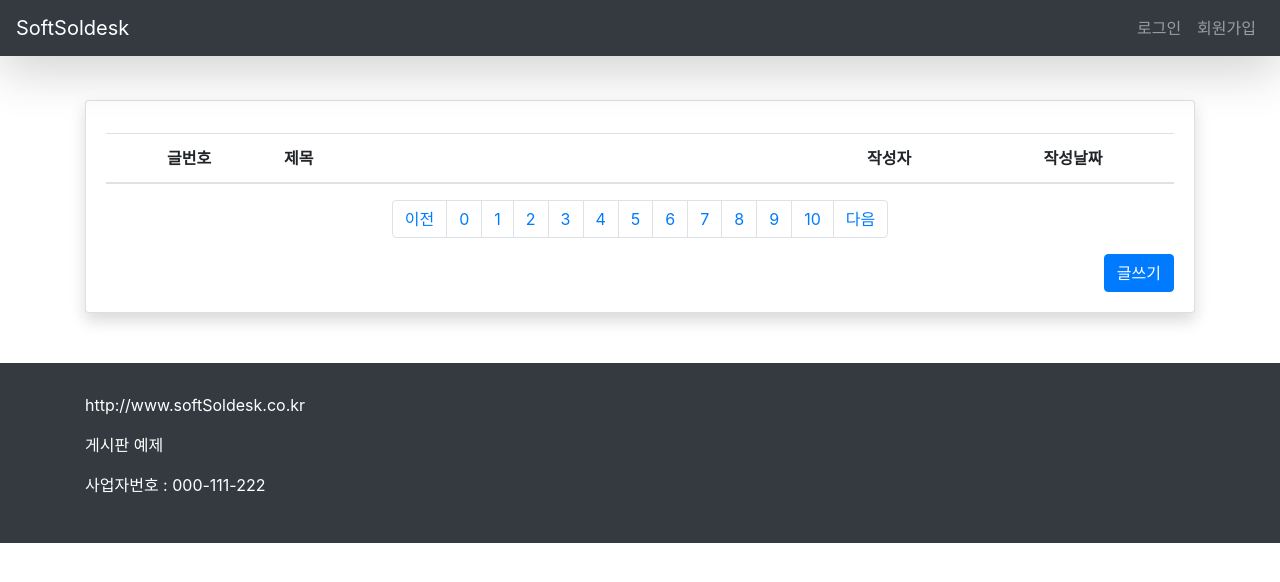
Repository: JunMinki/testGit
Page: http://localhost/BoardProject/WEB-INF/views/board/main.jsp
An editor plug-in stored every save of this project. The page is shown before and after a run of saves, followed by the edit.
The browser window is 1280 px wide. The pictures show the whole page.
The page is served by Tomcat 9. Nobody is signed in. Other server files are loaded and not shown. The template is opened directly, without the code that normally fills it, so the values that code supplies are empty.

Above is the page before, as saved 2024-08-05 04:05:15.

### BoardProject/src/main/webapp/WEB-INF/views/board/main.jsp
<%@ page language="java" contentType="text/html; charset=UTF-8"
	pageEncoding="UTF-8"%>
<%@ taglib prefix="c" uri="http://java.sun.com/jsp/jstl/core"%>

<!-- 절대경로로 수정하기 위한 코드 -->
<c:set var="root" value="${pageContext.request.contextPath }/" />
<!DOCTYPE html>
<html>
<head>
<meta charset="UTF-8">
<meta name="viewport" content="width=device-width, initial-scale=1">
<title>미니 프로젝트</title>
<!-- Bootstrap CDN -->
<link rel="stylesheet" href="https://maxcdn.bootstrapcdn.com/bootstrap/4.1.0/css/bootstrap.min.css">
<script src="https://ajax.googleapis.com/ajax/libs/jquery/3.3.1/jquery.min.js"></script>
<script src="https://cdnjs.cloudflare.com/ajax/libs/popper.js/1.14.0/umd/popper.min.js"></script>
<script src="https://maxcdn.bootstrapcdn.com/bootstrap/4.1.0/js/bootstrap.min.js"></script>
</head>
<body>
	<c:import url="/WEB-INF/views/include/top_menu.jsp" />
	<!-- 게시글 리스트 -->
	<div class="container" style="margin-top: 100px">
		<div class="card shadow">
			<div class="card-body">
				<h4 class="card-title">${board_info_name}</h4>
				<table class="table table-hover" id='board_list'>
					<thead>
						<tr>
							<th class="text-center d-none d-md-table-cell">글번호</th>
							<th class="w-50">제목</th>
							<th class="text-center d-none d-md-table-cell">작성자</th>
							<th class="text-center d-none d-md-table-cell">작성날짜</th>
						</tr>
					</thead>
					<tbody>
					<c:forEach var="obj" items="${contentList }">
						<tr>
							<td class="text-center d-none d-md-table-cell">${obj.content_idx }</td>
							<td><a href='${root }board/read?content_idx=${obj.content_idx}&board_info_idx=${board_info_idx}'>${obj.content_subject }</a></td>
							<td class="text-center d-none d-md-table-cell">${obj.content_writer_name }</td>
							<td class="text-center d-none d-md-table-cell">${obj.content_date }</td>
						</tr>
					</c:forEach>
					</tbody>
				</table>

				<div class="d-none d-md-block">
					<ul class="pagination justify-content-center">

						<c:choose>
							<c:when test="${pageBean.prevPage <= 0 }">
							<!-- 이전 페이지가 1 이하면 비활성화 -->
								<li class="page-item">
									<a href="#" class="page-link">이전</a>
								</li>
							</c:when>
							<c:otherwise>
								<li class="page-item">
									<a href="${root }board/main?board_info_idx=${board_info_idx}&page=${pageBean.prevPage}"
									class="page-link">이전</a>
								</li>
							</c:otherwise>
						</c:choose>

						<c:forEach var="idx" begin="${pageBean.min }" end="${pageBean.max }">
							<li class="page-item">
								<a href="${root }board/main?board_info_idx=${board_info_idx}&page=${idx}" class="page-link">${idx}</a>
							</li>
						</c:forEach>


						<li class="page-item"><a href="#" class="page-link">1</a></li>
						<li class="page-item"><a href="#" class="page-link">2</a></li>
						<li class="page-item"><a href="#" class="page-link">3</a></li>
						<li class="page-item"><a href="#" class="page-link">4</a></li>
						<li class="page-item"><a href="#" class="page-link">5</a></li>
						<li class="page-item"><a href="#" class="page-link">6</a></li>
						<li class="page-item"><a href="#" class="page-link">7</a></li>
						<li class="page-item"><a href="#" class="page-link">8</a></li>
						<li class="page-item"><a href="#" class="page-link">9</a></li>
						<li class="page-item"><a href="#" class="page-link">10</a></li>


						<li class="page-item"><a href="#" class="page-link">다음</a></li>


					</ul>
				</div>

				<div class="d-block d-md-none">
					<ul class="pagination justify-content-center">
						<li class="page-item">
							<a href="#" class="page-link">이전</a>
						</li>
						<li class="page-item">
							<a href="#" class="page-link">다음</a>
						</li>
					</ul>
				</div>

				<div class="text-right">
					<a href="${root }board/write?board_info_idx=${board_info_idx}" class="btn btn-primary">글쓰기</a>
				</div>
			</div>
		</div>
	</div>
	<c:import url="/WEB-INF/views/include/bottom_info.jsp" />
</body>
</html>

### BoardProject/src/main/webapp/WEB-INF/views/include/top_menu.jsp
<%@ page language="java" contentType="text/html; charset=UTF-8"
	pageEncoding="UTF-8"%>
<%@ taglib prefix="c" uri="http://java.sun.com/jsp/jstl/core"%>

<!-- 절대경로로 수정하기 위한 코드 -->
<c:set var="root" value="${pageContext.request.contextPath }/" />

<!-- 모든 jsp에서 끌어 다 쓸 곳 -->

<!-- 상단 메뉴 부분 -->
<nav
	class="navbar navbar-expand-md bg-dark navbar-dark fixed-top shadow-lg">
	<!-- 홈버튼 -->
	<a class="navbar-brand" href="${root }main">SoftSoldesk</a>

	<button class="navbar-toggler" type="button" data-toggle="collapse"
		data-target="#navMenu">
		<span class="navbar-toggler-icon"></span>
	</button>
	<div class="collapse navbar-collapse" id="navMenu">

		<!-- 게시글 링크 -->
		<ul class="navbar-nav">
			<c:forEach var="obj" items="${topMenuList}">
				<li class="nav-item">
					<!-- ${root }를 추가함으로써 절대경로가 추가되어서 중복되지않음 -->
					<a href="${root }board/main?board_info_idx=${obj.board_info_idx}" class="nav-link">${obj.board_info_name }</a>
				</li>
			</c:forEach>
		</ul>

		<ul class="navbar-nav ml-auto">
			<c:choose>
				<c:when test="${loginUserBean.userLogin == true }">
					<li class="nav-item">
						<a href="${root }user/modify" class="nav-link">정보수정</a>
					</li>
					<li class="nav-item">
						<a href="${root }user/logout" class="nav-link">로그아웃</a>
					</li>
				</c:when>

				<c:otherwise>
					<li class="nav-item">
						<a href="${root }user/login" class="nav-link">로그인</a>
					</li>
					<li class="nav-item">
						<a href="${root }user/join" class="nav-link">회원가입</a>
					</li>
				</c:otherwise>
			</c:choose>
		</ul>
	</div>
</nav>

### BoardProject/src/main/webapp/WEB-INF/views/include/bottom_info.jsp
<%@ page language="java" contentType="text/html; charset=UTF-8"
	pageEncoding="UTF-8"%>
<!-- 모든 페이지에서 사용할 하단 -->


<div class="container-fluid bg-dark text-white"
	style="margin-top: 50px; padding-top: 30px; padding-bottom: 30px">
	<div class="container">
		<p>http://www.softSoldesk.co.kr</p>
		<p>게시판 예제</p>
		<p>사업자번호 : 000-111-222</p>
	</div>
</div>

After the next 3 saves:
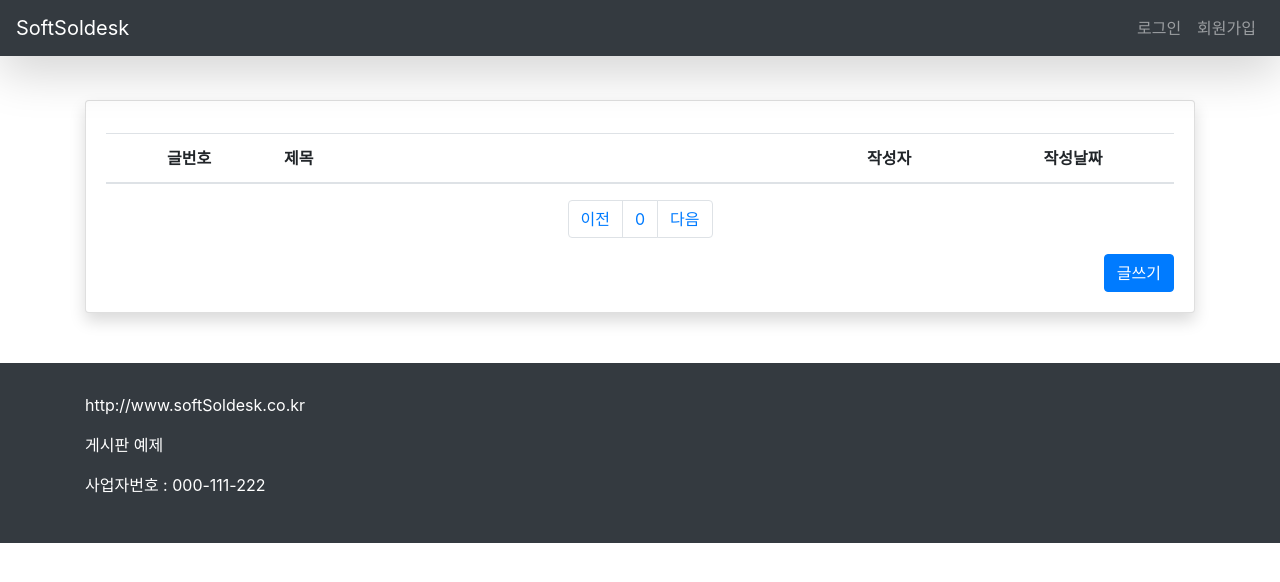
The 3 saves are shown as one change because they came seconds apart.
The last was saved 10 s later.
--- a/BoardProject/src/main/webapp/WEB-INF/views/board/main.jsp
+++ b/BoardProject/src/main/webapp/WEB-INF/views/board/main.jsp
@@ -68,19 +68,6 @@
 							</li>
 						</c:forEach>
 
-
-						<li class="page-item"><a href="#" class="page-link">1</a></li>
-						<li class="page-item"><a href="#" class="page-link">2</a></li>
-						<li class="page-item"><a href="#" class="page-link">3</a></li>
-						<li class="page-item"><a href="#" class="page-link">4</a></li>
-						<li class="page-item"><a href="#" class="page-link">5</a></li>
-						<li class="page-item"><a href="#" class="page-link">6</a></li>
-						<li class="page-item"><a href="#" class="page-link">7</a></li>
-						<li class="page-item"><a href="#" class="page-link">8</a></li>
-						<li class="page-item"><a href="#" class="page-link">9</a></li>
-						<li class="page-item"><a href="#" class="page-link">10</a></li>
-
-
 						<li class="page-item"><a href="#" class="page-link">다음</a></li>
 
 
